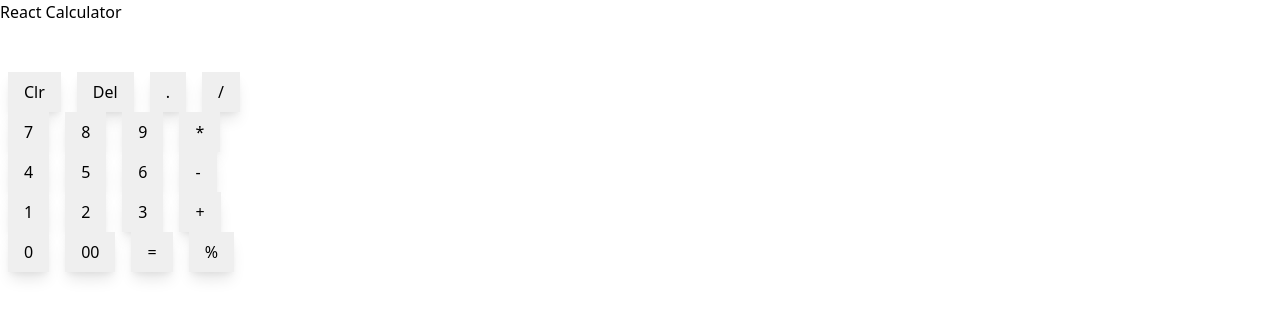
Repository: latenightsnacc/React-Calculator
Page: / (app in docs/react-calculator/)
These files come from the project's save history. The page is drawn as it stood at one moment and after the next save; the edit follows.
The browser window is 1280 px wide. The pictures show the whole page.
The project was rebuilt for these pictures with package versions that can differ from the ones it lists, and the page was loaded fresh each time. Also part of the build but not shown: docs/react-calculator/craco.config.js.

Above is the page before, as saved 2021-11-11 15:41:18.

### docs/react-calculator/src/components/Calculator.js
import React, { Component } from 'react'
import CalculatorTitle from './CalculatorTitle'
import CalculatorScreen from './CalculatorScreen'
import Button from './Button'

class Calculator extends Component {
    render() {
        return (
            <div className="frame">
                <CalculatorTitle value="React Calculator" />
                <div className="calculator-body">
                    <CalculatorScreen />
                    <div className="button-row">
                        <Button label={'Clr'} />
                        <Button label={'Del'} />
                        <Button label={'.'}/>
                        <Button label={'/'}/>
                    </div>
                    <div className="button-row">
                        <Button label={'7'}/>
                        <Button label={'8'}/>
                        <Button label={'9'}/>
                        <Button label={'*'}/>
                    </div>
                    <div className="button-row">
                        <Button label={'4'}/>
                        <Button label={'5'}/>
                        <Button label={'6'}/>
                        <Button label={'-'}/>
                    </div>
                    <div className="button-row">
                        <Button label={'1'}/>
                        <Button label={'2'}/>
                        <Button label={'3'}/>
                        <Button label={'+'}/>
                    </div>
                    <div className="button-row">
                        <Button label={'0'}/>
                        <Button label={'00'}/>
                        <Button label={'='}/>
                        <Button label={'%'}/>
                    </div>

                </div>
            </div>
        )
    }
}

export default Calculator

### docs/react-calculator/src/components/CalculatorTitle.js
import React from 'react'

function CalculatorTitle(props) {
    return (
        <div className='calculator-title'>
            {props.value}
        </div>
    )
}

export default CalculatorTitle

### docs/react-calculator/src/components/CalculatorScreen.js
import React from 'react'
import CalculatorOutputRow from './CalculatorOutputRow'

const CalculatorScreen = () => {
    return (
        <div className="screen">
            <CalculatorOutputRow/>
            <CalculatorOutputRow/>
        </div>
    )
}

export default CalculatorScreen;

### docs/react-calculator/src/components/Button.js
import React from 'react'

const Button = (props) => {
    return(
        <input className="shadow-lg mx-2 py-2 px-4"
            type="button"
            value={props.label}
        />
    )
}

export default Button;

### docs/react-calculator/src/components/CalculatorOutputRow.js
import React from 'react';

const CalculatorOutputRow = () => {
    return(
        <div className="screen-row">
            <input type="text" readOnly />
        </div>
    )
}

export default CalculatorOutputRow

Loaded but not shown: docs/react-calculator/public/index.html (common file); docs/react-calculator/src/index.js (common file); docs/react-calculator/src/index.css (common file); docs/react-calculator/src/App.js (common file); docs/react-calculator/src/reportWebVitals.js (common file); docs/react-calculator/tailwind.config.js (common file)

After the next save:
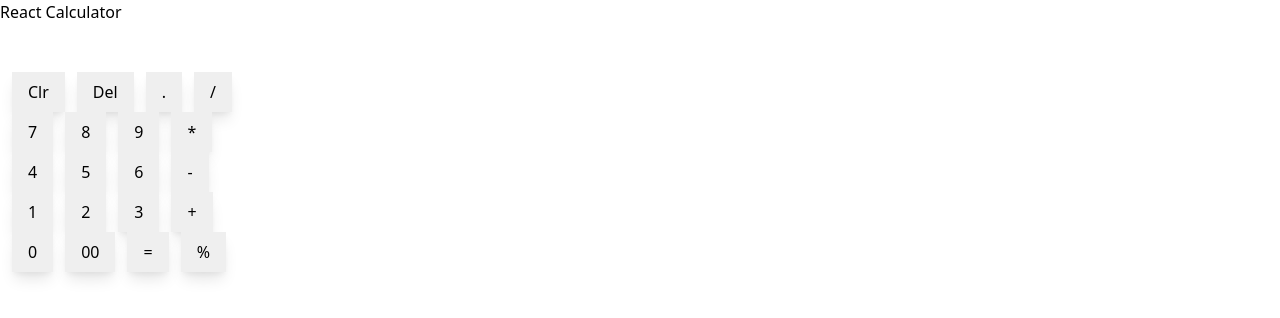
Saved 13 s later.
--- a/docs/react-calculator/src/components/Button.js
+++ b/docs/react-calculator/src/components/Button.js
@@ -2,7 +2,7 @@ import React from 'react'
 
 const Button = (props) => {
     return(
-        <input className="shadow-lg mx-2 py-2 px-4"
+        <input className="shadow-lg ml-3 py-2 px-4"
             type="button"
             value={props.label}
         />
